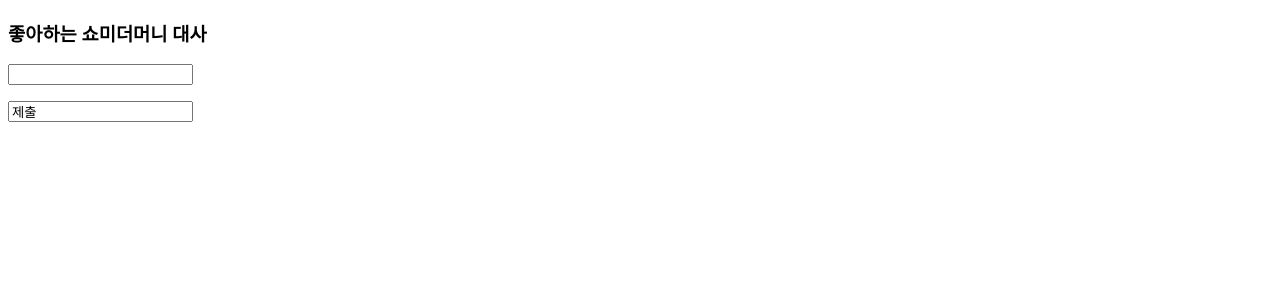
Repository: Hongjeongmin/university
Page: http://localhost/test/c.jsp
The author's editor kept a copy of each file at every save. The page is drawn from the files as they stood at one save, then again after the next save.
The browser window is 1280 px wide. The pictures show the whole page.
The page is served by Tomcat 9.

Above is the page before, as saved 2018-09-27 03:13:30.

### webprograming/test/test/WebContent/c.jsp
<%@ page language="java" contentType="text/html; charset=UTF-8"
    pageEncoding="UTF-8"%>
<!DOCTYPE html>
<html>
<head>
<meta charset="UTF-8">
<title>Insert title here</title>
</head>
<body>
<%
	request.setCharacterEncoding("UTF-8");
	String car = request.getParameter("car");
	session.setAttribute("car",car);
	session.setMaxInactiveInterval(60*60);
%>
<h3>좋아하는 쇼미더머니 대사</h3>
<form method="post" action="find.jsp">
	<input type="text" name="comment"><p>
	<input type=submit" value="제출">
</form>

</body>
</html>

After the next save:
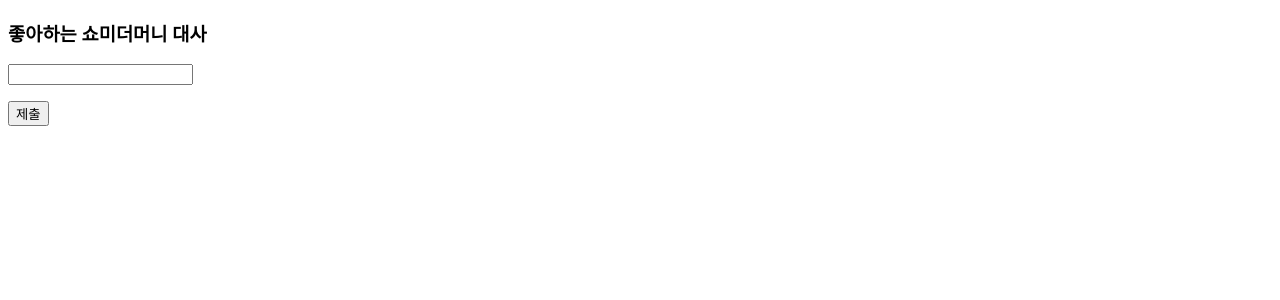
Saved 29 s later.
--- a/webprograming/test/test/WebContent/c.jsp
+++ b/webprograming/test/test/WebContent/c.jsp
@@ -16,7 +16,7 @@
 <h3>좋아하는 쇼미더머니 대사</h3>
 <form method="post" action="find.jsp">
 	<input type="text" name="comment"><p>
-	<input type=submit" value="제출">
+	<input type="submit" value="제출">
 </form>
 
 </body>
